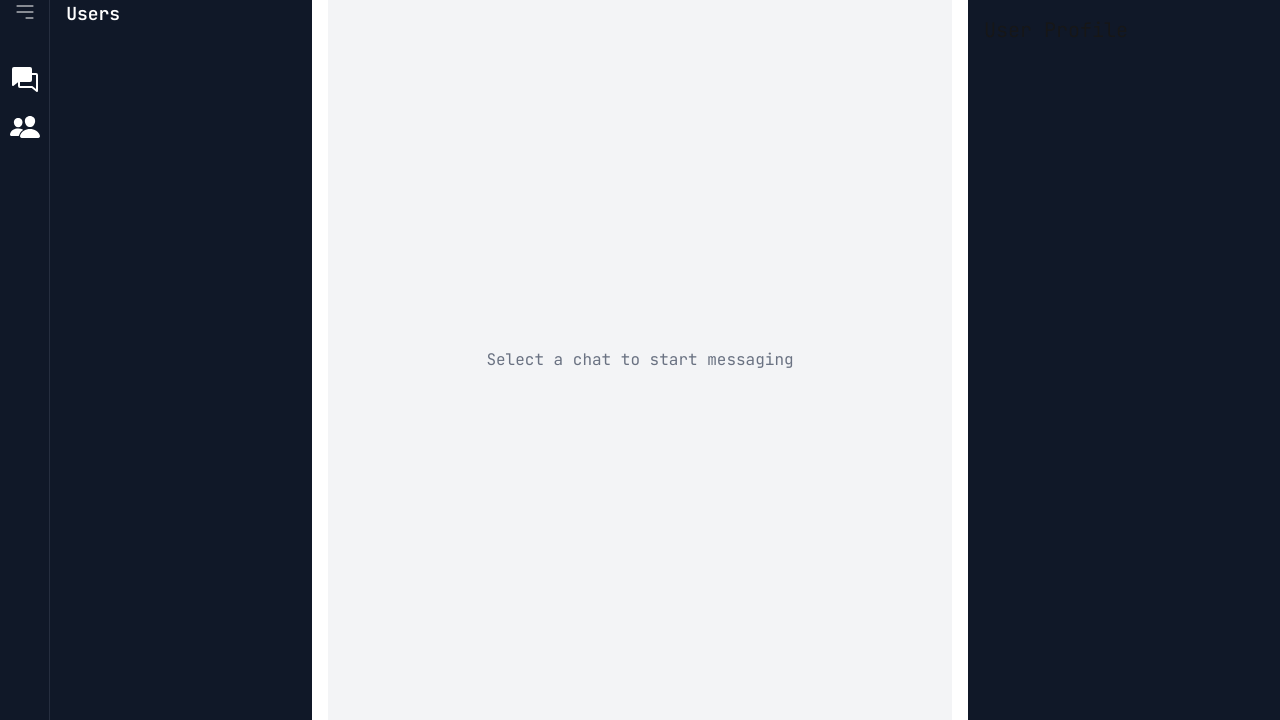
Repository: Sync-Decode/chat-app
Page: /
These files come from the project's save history. The page is drawn as it stood at one moment and after a run of saves; the edit follows.
The browser window is 1280 px wide. The pictures show the whole page.
The page's requests for data from a server got no answer. The project was rebuilt for these pictures with package versions that can differ from the ones it lists, and the page was loaded fresh each time. The framework's server and built-in components were replaced by stand-ins that run in the browser. No one was signed in, and anything a server would have sent is missing. Also part of the build but not shown: next.config.mjs, src/components/Menu.jsx, src/components/Chatview.jsx.

Above is the page before, as saved 2025-06-21 16:49:40.

After the next 4 saves:
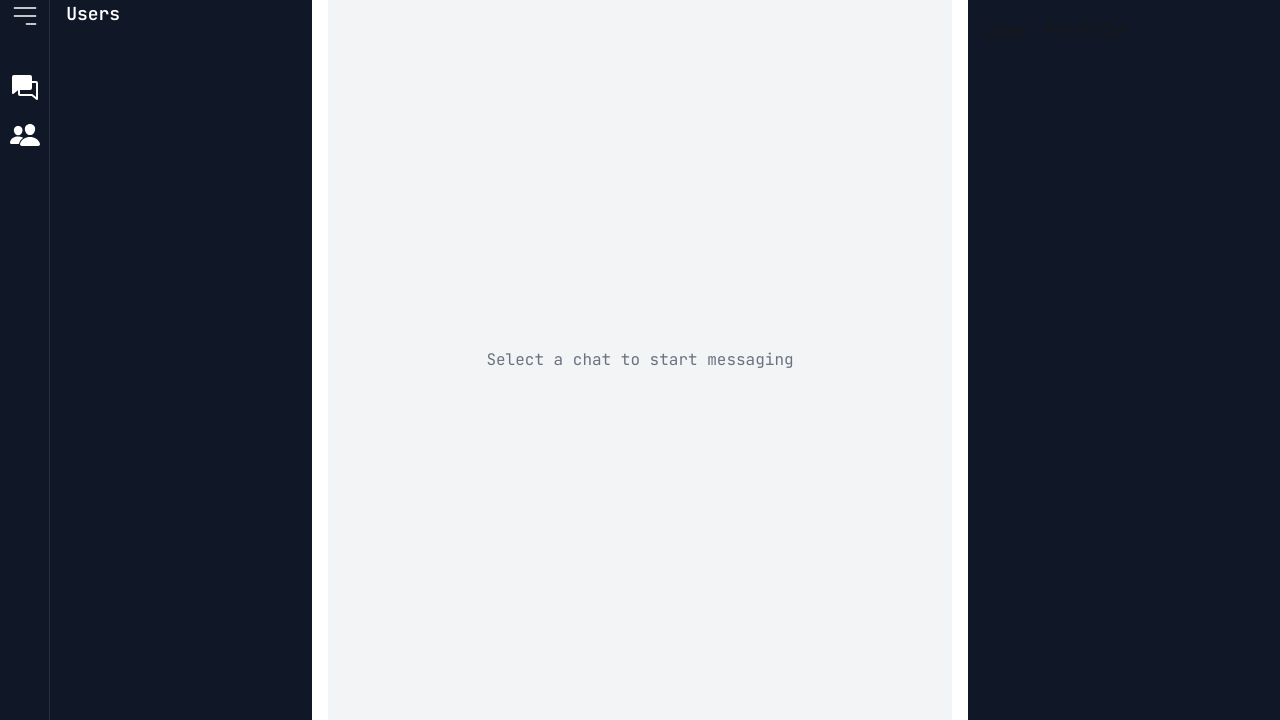
The 4 saves are shown as one change because they came seconds apart.
The last was saved 34 s later.
--- a/src/components/Hamburger.jsx
+++ b/src/components/Hamburger.jsx
@@ -6,7 +6,7 @@ const Hamburger = () => {
       <button className="rounded-md focus:outline-none   select-none ">
         {isMenuHidden ? (
           <svg
-            className="h-6 w-6 text-white"
+            className="h-8 w-8 text-white"
             xmlns="http://www.w3.org/2000/svg"
             fill="none"
             viewBox="0 0 24 24"
@@ -22,7 +22,7 @@ const Hamburger = () => {
         ) : (
           <svg
             xmlns="http://www.w3.org/2000/svg"
-            className="h-6 w-6 text-white"
+            className="h-8 w-8 text-white"
             fill="none"
             viewBox="0 0 24 24"
             stroke="currentColor"
